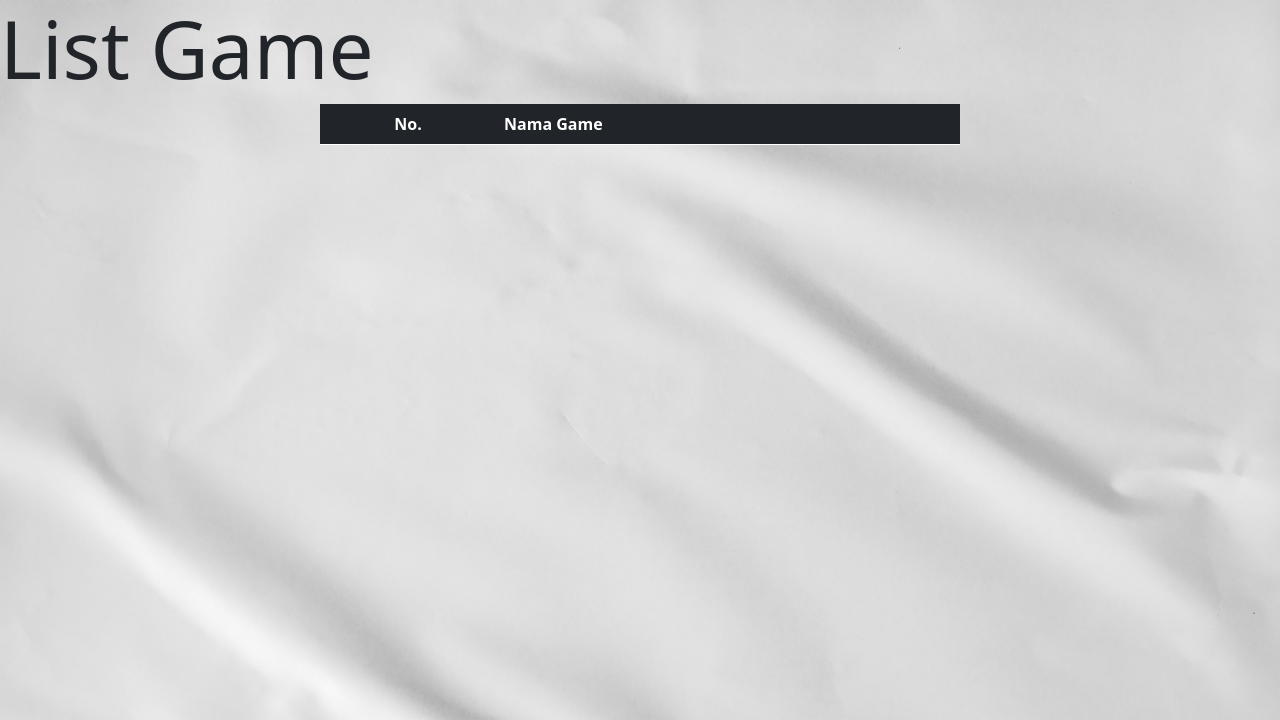
Repository: aqordeon/SPKWP
Page: http://localhost/listgame.php
The author's editor kept a copy of each file at every save. The page is drawn from the files as they stood at one save, then again after the next save.
The browser window is 1280 px wide. The pictures show the whole page.
The page is run by PHP 8.4 with error messages shown; the project is at /var/www/html/. Queries for data that is not in the repository find no rows.

Above is the page before, as saved 2021-01-13 22:41:12.

After the next save:
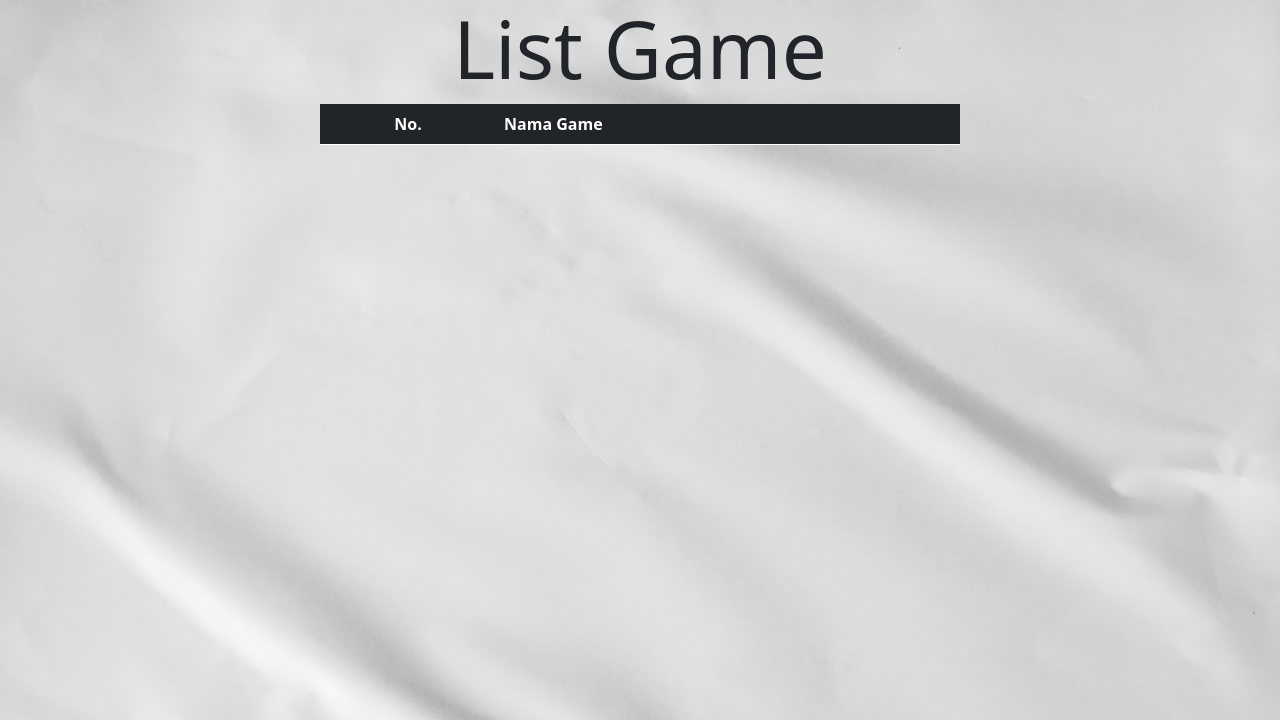
Saved 7 s later.
--- a/listgame.php
+++ b/listgame.php
@@ -20,7 +20,7 @@
     ?>
 </head>
 <body>
-    <h1 class="display-1" style="text-align: middle;">List Game</h1>
+    <h1 class="display-1" style="text-align: center;">List Game</h1>
     <table class="table table-striped" style="width: 50%; margin: auto auto;">
         <thead class="table-dark">
             <tr>
